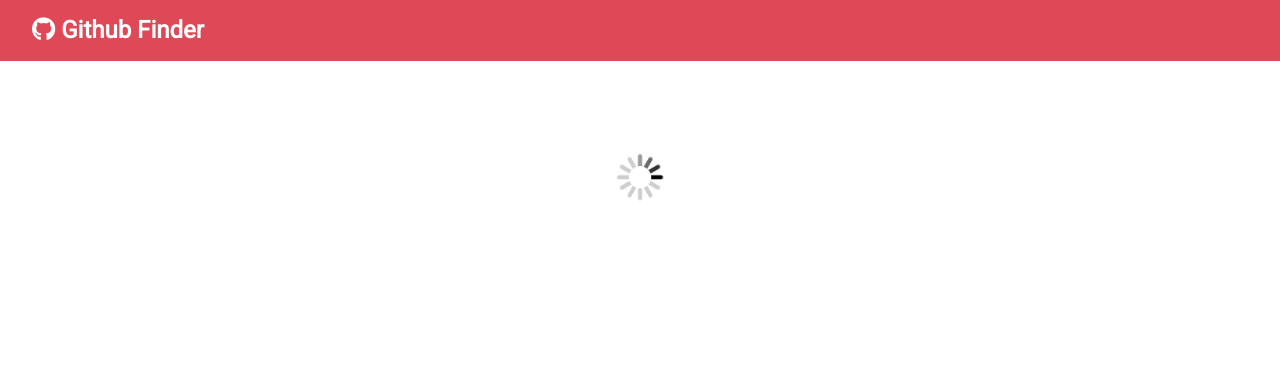
Repository: Redshreds/githubfinder
Page: /
The author's editor kept a copy of each file at every save. The page is drawn from the files as they stood at one save, then again after the next save.
The browser window is 1280 px wide. The pictures show the whole page.
The page's requests for data from a server got no answer. Some web libraries are served in a nearby version. The project was rebuilt for these pictures with package versions that can differ from the ones it lists, and the page was loaded fresh each time. No one was signed in, and anything a server would have sent is missing. Also part of the build but not shown: src/components/users/UserItem.js.

Above is the page before, as saved 2023-02-26 12:24:43.

After the next save:
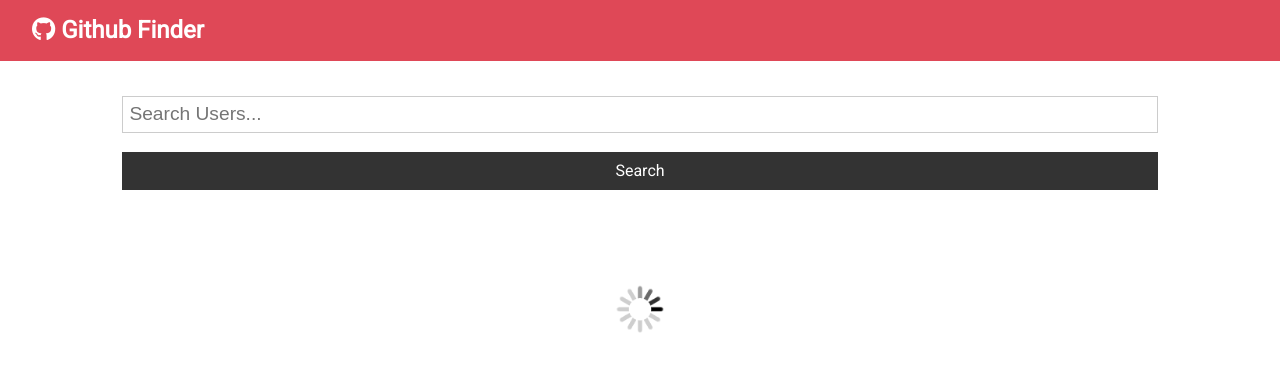
Saved 2 min 10 s later.
--- a/src/App.js
+++ b/src/App.js
@@ -29,6 +29,7 @@
       <div className='App'>
         <Navbar />  {/*'Navbar title=' would be a prop*/}
         <div className='container'>
+          <Search />
           <Users loading={this.state.loading} users={this.state.users}/>
         </div>
 
